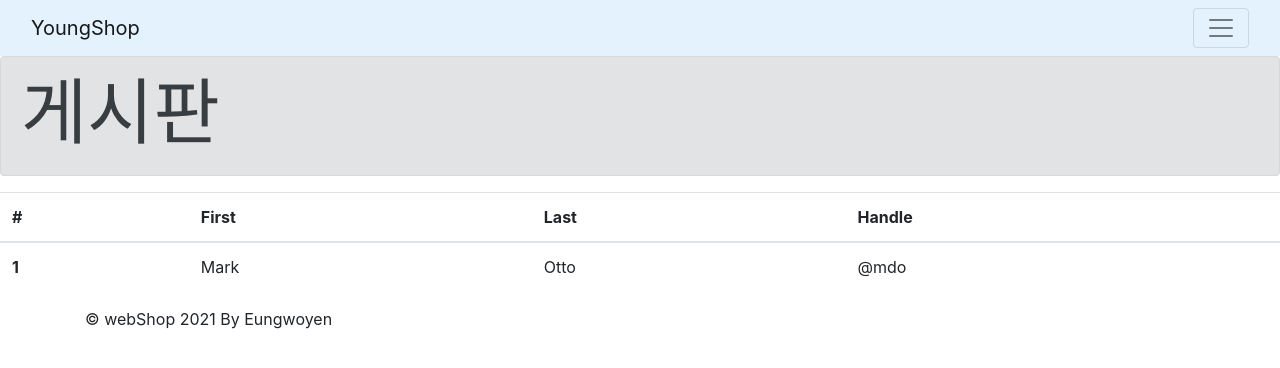
Repository: khss4008/JSP_project
Page: http://localhost/Webshop2/board/listBoard.jsp
These files come from the project's save history. The page is drawn as it stood at one moment and after the next save; the edit follows.
The browser window is 1280 px wide. The pictures show the whole page.
The page is served by Tomcat 9. Other server files are loaded and not shown.

Above is the page before, as saved 2021-11-05 05:23:47.
Console error: TypeError: Cannot read properties of undefined (reading 'fn')

### Webshop2/WebContent/board/listBoard.jsp
<%@ page language="java" contentType="text/html; charset=UTF-8"
    pageEncoding="UTF-8"%>
<!DOCTYPE html>
<html>
<head>
<meta charset="UTF-8">
<title>Insert title here</title>
</head>
<body>
<%@ include file = "/header.jsp" %>

<div class="alert alert-secondary" role="alert">
  <h1 class="display-3">게시판</h1>
</div>



<table class="table table-hover">

  <thead>
    <tr>
      <th scope="col">#</th>
      <th scope="col">First</th>
      <th scope="col">Last</th>
      <th scope="col">Handle</th>
    </tr>
  </thead>


  <tbody>

    <tr>
      <th scope="row">1</th>
      <td>Mark</td>
      <td>Otto</td>
      <td>@mdo</td>
    </tr>

  </tbody>

</table>



<%@ include file = "/footer.jsp" %>
</body>
</html>

### Webshop2/WebContent/header.jsp
<%@ page language="java" contentType="text/html; charset=UTF-8"
    pageEncoding="UTF-8"%>

<link rel="stylesheet" href="https://stackpath.bootstrapcdn.com/bootstrap/4.3.1/css/bootstrap.min.css" integrity="sha384-ggOyR0iXCbMQv3Xipma34MD+dH/1fQ784/j6cY/iJTQUOhcWr7x9JvoRxT2MZw1T" crossorigin="anonymous">
<script src="https://stackpath.bootstrapcdn.com/bootstrap/4.3.1/js/bootstrap.min.js" integrity="sha384-JjSmVgyd0p3pXB1rRibZUAYoIIy6OrQ6VrjIEaFf/nJGzIxFDsf4x0xIM+B07jRM" crossorigin="anonymous"></script>


<nav class="navbar navbar-light" style="background-color: #e3f2fd;">
  <div class="container-fluid">
    <a class="navbar-brand" href="/">YoungShop</a>
    <button class="navbar-toggler" type="button" data-bs-toggle="collapse" data-bs-target="#navbarNavDropdown" aria-controls="navbarNavDropdown" aria-expanded="false" aria-label="Toggle navigation">
      <span class="navbar-toggler-icon"></span>
    </button>
    <div class="collapse navbar-collapse" id="navbarNavDropdown">
      <ul class="navbar-nav">
        <li class="nav-item dropdown">
          <a class="nav-link dropdown-toggle" href="#" id="navbarDropdownMenuLink" role="button" data-bs-toggle="dropdown" aria-expanded="false">
            	게시판
          </a>
          <ul class="dropdown-menu" aria-labelledby="navbarDropdownMenuLink">
            <li><a class="dropdown-item" href="/product/products.jsp">제품목록</a></li>
            <li><a class="dropdown-item" href="#">장바구니</a></li>
          </ul>
        </li>

        <li class="nav-item dropdown">
          <a class="nav-link dropdown-toggle" href="#" id="navbarDropdownMenuLink" role="button" data-bs-toggle="dropdown" aria-expanded="false">
            	회원관리
          </a>
          <ul class="dropdown-menu" aria-labelledby="navbarDropdownMenuLink">
            <li><a class="dropdown-item" href="/member/loginMember.jsp">로그인</a></li>
            <li><a class="dropdown-item" href="#">로그아웃</a></li>
            <li><a class="dropdown-item" href="/member/joinMember.jsp">회원가입</a></li>
            <li><a class="dropdown-item" href="#">회원탈퇴</a></li>
          </ul>
        </li>

        <li class="nav-item dropdown">
          <a class="nav-link dropdown-toggle" href="#" id="navbarDropdownMenuLink" role="button" data-bs-toggle="dropdown" aria-expanded="false">
            	관리자
          </a>
          <ul class="dropdown-menu" aria-labelledby="navbarDropdownMenuLink">
            <li><a class="dropdown-item" href="/product/addProduct.jsp">제품등록</a></li>
            <li><a class="dropdown-item" href="/member/listMember.jsp">회원관리</a></li>

          </ul>
        </li>

      </ul>
    </div>
  </div>
</nav>

<script src="https://cdn.jsdelivr.net/npm/bootstrap@5.1.3/dist/js/bootstrap.bundle.min.js" integrity="sha384-ka7Sk0Gln4gmtz2MlQnikT1wXgYsOg+OMhuP+IlRH9sENBO0LRn5q+8nbTov4+1p" crossorigin="anonymous"></script>

### Webshop2/WebContent/footer.jsp
<footer class = "container">
	<p>&copy; webShop 2021 By Eungwoyen
</footer>

After the next save:
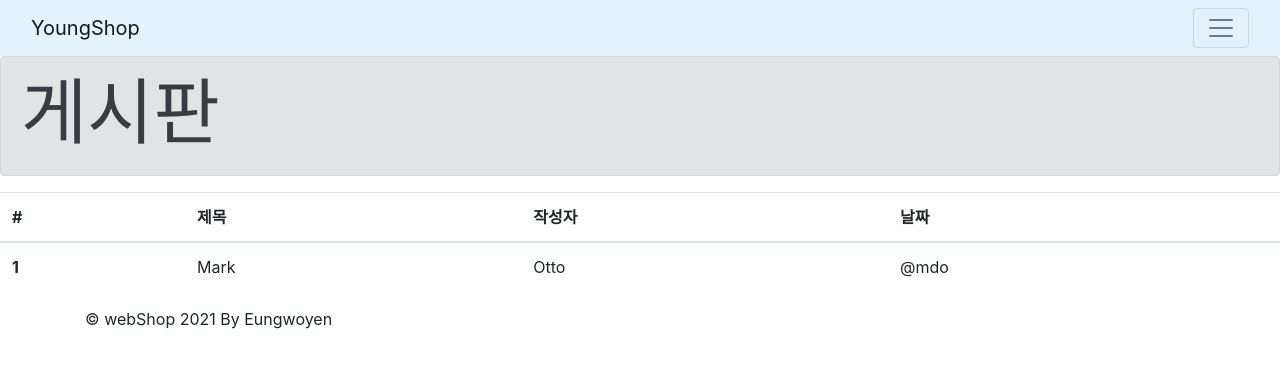
Saved 12 s later.
--- a/Webshop2/WebContent/board/listBoard.jsp
+++ b/Webshop2/WebContent/board/listBoard.jsp
@@ -20,9 +20,9 @@
   <thead>
     <tr>
       <th scope="col">#</th>
-      <th scope="col">First</th>
-      <th scope="col">Last</th>
-      <th scope="col">Handle</th>
+      <th scope="col">제목</th>
+      <th scope="col">작성자</th>
+      <th scope="col">날짜</th>
     </tr>
   </thead>
 
